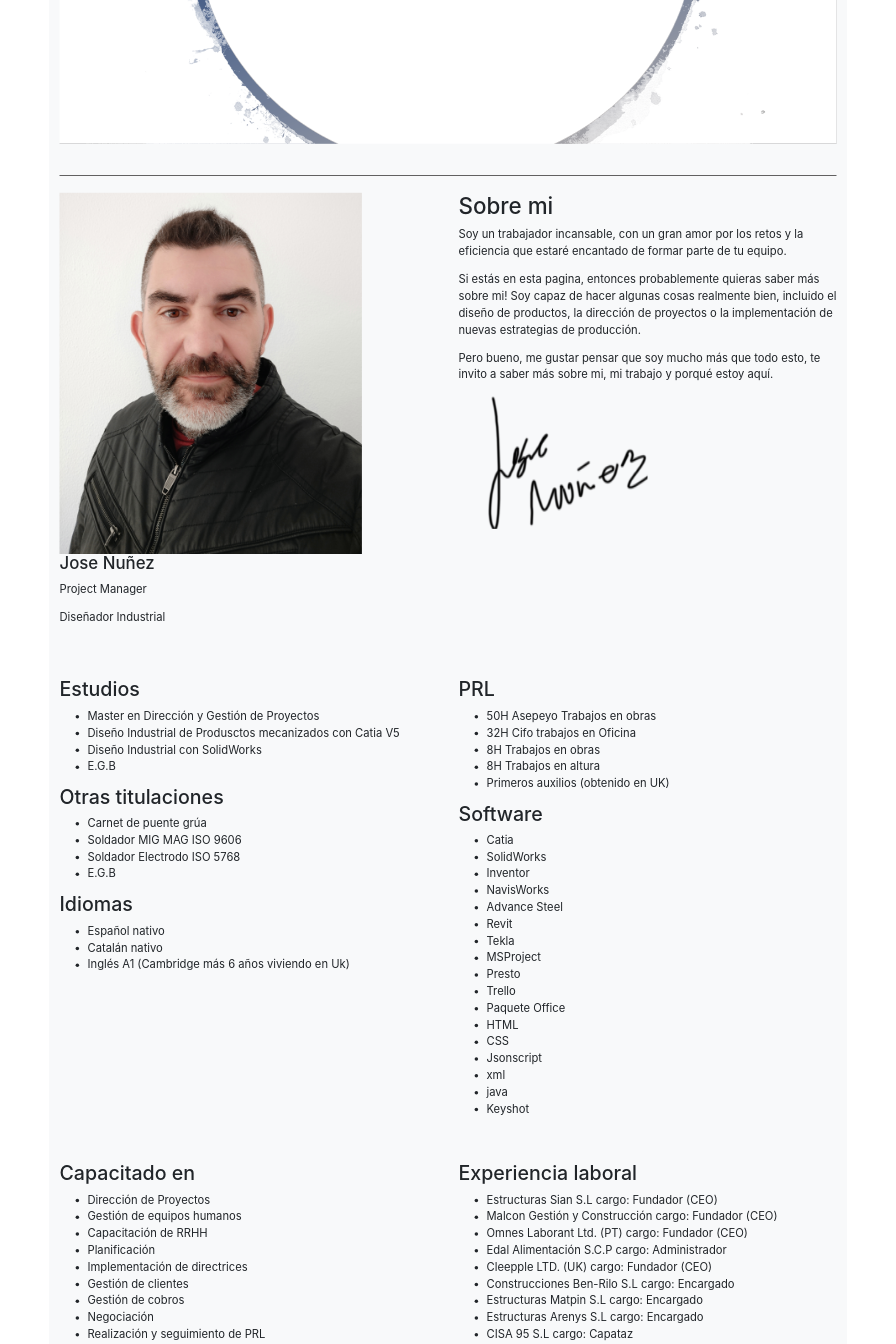
Repository: Hrotgarion1/jose
Page: index.html
The author's editor kept a copy of each file at every save. The page is drawn from the files as they stood at one save, then again after the next save.
The browser window is 1280 px wide. The pictures show the part of the page from y = 499 to 2419 px (the page is 2600 px tall before and 2595 px after), at 70% of full size.

Above is the page before, as saved 2020-09-29 21:20:18.

### index.html
<!DOCTYPE html>
<html lang="en">
<head>
    <meta charset="UTF-8">
    <meta name="viewport" content="width=device-width, user-scalable=no, initial-scale=1.0, maximum-scale=1.0, minimum-scale=1.0">
    <title>josenunez.eu</title>
    <meta name="jose p nunez" content="">
    <link rel="stylesheet" href="css/bootstrap.min.css">
    <link rel="stylesheet" href="css/estilos.css">
    <!-- Favicon -->
    <link rel="shortcut icon" href="img/LogoPuntaDeLanza.png">
</head>
<body>
    <!--Navegador responsive de la web-->
    <nav class="navbar navbar-expand-lg navbar-light bg-secondary">
        <a class="navbar-brand" href="../jose/index.html">Inicio</a>
        <button class="navbar-toggler" type="button" data-toggle="collapse" data-target="#navbarNavDropdown" aria-controls="navbarNavDropdown" aria-expanded="false" aria-label="Toggle navigation">
          <span class="navbar-toggler-icon"></span>
        </button>

        <div class="collapse navbar-collapse" id="navbarNavDropdown">
          <ul class="navbar-nav">
            <li class="nav-item">
              <a class="nav-link" href="#inicio">Inicio <span class="sr-only">(current)</span></a>
            </li>
            <li class="nav-item">
              <a class="nav-link" href="#sobre">Sobre mi <span class="sr-only">(current)</span></a>
            </li>
            <li class="nav-item">
              <a class="nav-link" href="#cv">Estudios</a>
            </li>
            <li class="nav-item">
              <a class="nav-link" href="#exp">Experiencia</a>
            </li>
            <li class="nav-item dropdown">
              <a class="nav-link dropdown-toggle" href="#" id="navbarDropdownMenuLink" role="button" data-toggle="dropdown" aria-haspopup="true" aria-expanded="false">
                Proyectos realizados
              </a>
              <div class="dropdown-menu" aria-labelledby="navbarDropdownMenuLink">
                <a class="dropdown-item" href="../jose/solid.html">Diseños con SolidWorks</a>
                <a class="dropdown-item" href="../jose/catia.html">Diseños con Catia V5</a>
                <a class="dropdown-item" href="../jose/projects.html">Proyectos realizados</a>
                <a class="dropdown-item" href="../jose/video.html">Videos</a>
              </div>
            </li>
          </ul>
        </div>
      </nav>
      <br>

      <!--Imagen principal-->
      <div class="container bg-light">
        <section id="inicio">
          <div class="row">
            <div class="col-xs-12 col-sm-12 col-md-12 col-lg-12">
              <img src="img/LogoPuntaDeLanza.png" width="100%" height="100%">
            </div>
          </div>
        </section>
        <hr style="border:15px;">
        <br>
        <div class="linea"></div>

        <!--Seccion en la que me presento-->

        <section class="main row" id="sobre">
          <article class="col-xs-12 col-sm-6 col-md-6 col-lg-6">
              <img src="img/Jose1peque.png" width="80%" height="80%">
              <br>
              <h4 class="t-name">Jose Nuñez</h4>
              <p><span class="t-role">Project Manager</span></p>
              <p><span class="t-role">Diseñador Industrial</span></p>

          </article>
          <br>

         <aside class="col-xs-12 col-sm-6 col-md-6 col-lg-6">
          <h2 class="t1-heading">Sobre mi</h2>
                <p>Soy un trabajador incansable, con un gran amor por los retos y la eficiencia que estaré encantado de formar parte de tu equipo.</p>
                <p>Si estás en esta pagina, entonces probablemente quieras saber más sobre mi! Soy capaz de hacer algunas cosas realmente bien, incluido el diseño de productos, la dirección de proyectos o la implementación de nuevas estrategias de producción.</p>
                <p>Pero bueno, me gustar pensar que soy mucho más que todo esto, te invito a saber más sobre mi, mi trabajo y porqué estoy aquí.</p>
                <img src="img/firmajose.png" width="50%" height="30%"alt="J.Nuñez">
       </aside>
        </section>
        <br><br>

        <!--Seccion en la que pongo unas listas con mis capacidades y mis estudios-->

        <section class="main row" id="cv">

          <article class="col-xs-12 col-sm-6 col-md-6 col-lg-6">
              <h3>Estudios</h3>
              <ul>
                <li>Master en Dirección y Gestión de Proyectos</li>
                <li>Diseño Industrial de Produsctos mecanizados con Catia V5</li>
                <li>Diseño Industrial con SolidWorks</li>
                <li>E.G.B</li>
              </ul>
              <h3>Otras titulaciones</h3>
              <ul>
                <li>Carnet de puente grúa</li>
                <li>Soldador MIG MAG ISO 9606</li>
                <li>Soldador Electrodo ISO 5768</li>
                <li>E.G.B</li>
              </ul>
              <h3>Idiomas</h3>
              <ul>
                <li>Español nativo</li>
                <li>Catalán nativo</li>
                <li>Inglés A1 (Cambridge más 6 años viviendo en Uk)</li>
              </ul>



          </article>
          <br>

         <aside class="col-xs-12 col-sm-6 col-md-6 col-lg-6">
          <h3>PRL</h3>
              <ul>
                <li>50H Asepeyo Trabajos en obras</li>
                <li>32H Cifo trabajos en Oficina</li>
                <li>8H Trabajos en obras</li>
                <li>8H Trabajos en altura</li>
                <li>Primeros auxilios (obtenido en UK)</li>
              </ul>
              <h3>Software</h3>
              <ul>
                <li>Catia</li>
                <li>SolidWorks</li>
                <li>Inventor</li>
                <li>NavisWorks</li>
                <li>Advance Steel</li>
                <li>Revit</li>
                <li>Tekla</li>
                <li>MSProject</li>
                <li>Presto</li>
                <li>Trello</li>
                <li>Paquete Office</li>
                <li>HTML</li>
                <li>CSS</li>
                <li>Jsonscript</li>
                <li>xml</li>
                <li>java</li>
                <li>Keyshot</li>

              </ul>
       </aside>

        </section>
        <br><br>

        <!--Seccion en la que pongo unas listas con mis capacidades y mis estudios-->

        <section class="main row" id="exp">

          <article class="col-xs-12 col-sm-6 col-md-6 col-lg-6">
            <h3>Capacitado en</h3>
            <ul>
              <li>Dirección de Proyectos</li>
              <li>Gestión de equipos humanos</li>
              <li>Capacitación de RRHH</li>
              <li>Planificación</li>
              <li>Implementación de directrices</li>
              <li>Gestión de clientes</li>
              <li>Gestión de cobros</li>
              <li>Negociación</li>
              <li>Realización y seguimiento de PRL</li>
              <li>Control de la producción</li>
              <li>Planificación de mantenimiento</li>
              <li>Desarrollo de nuevos productos</li>
              <li>Gestión de pagos</li>
              <li>Gestión de subcontratas</li>
              <li>Gestión de proveedores</li>
              <li>Planificación</li>
            </ul>

          </article>
          <br>

         <aside class="col-xs-12 col-sm-6 col-md-6 col-lg-6">

              <h3>Experiencia laboral</h3>
              <ul>
                <li>Estructuras Sian S.L cargo: Fundador (CEO)</li>
                <li>Malcon Gestión y Construcción cargo: Fundador (CEO)</li>
                <li>Omnes Laborant Ltd. (PT) cargo: Fundador (CEO)</li>
                <li>Edal Alimentación S.C.P cargo: Administrador</li>
                <li>Cleepple LTD. (UK) cargo: Fundador (CEO)</li>
                <li>Construcciones Ben-Rilo S.L cargo: Encargado</li>
                <li>Estructuras Matpin S.L cargo: Encargado</li>
                <li>Estructuras Arenys S.L cargo: Encargado</li>
                <li>CISA 95 S.L cargo: Capataz</li>
                <li>Estructuras Valls S.L cargo: Cerrajero</li>
                <li>Estructuras Avenida S.L cargo: Soldador</li>
                <li>John Reid and Sons (UK) cargo: Welder/Fabricator</li>
                <li>The Skip Factory LTD. (UK) cargo: Welder/Fabricator</li>
                <li>Farpe 97 S.L cargo: Encofrador</li>
                <li>Construcciones Famada S.L cargo: Ferralla</li>
                <li>Puertas La Llopa S.L cargo: Cerrajero</li>
              </ul>
       </aside>

        </section>



      </div>



    <script src="js/jquery-3.5.1.min.js"></script>
    <script src="js/bootstrap.min.js"></script>



</body>
</html>

### css/estilos.css
.linea {
  border-top: 1px solid rgb(34, 32, 32);
  height: 25px;
  padding: 0;
  margin: 5px auto 0 auto;
}

Loaded but not shown: css/bootstrap.min.css (library); js/jquery-3.5.1.min.js (library); js/bootstrap.min.js (library)

After the next save:
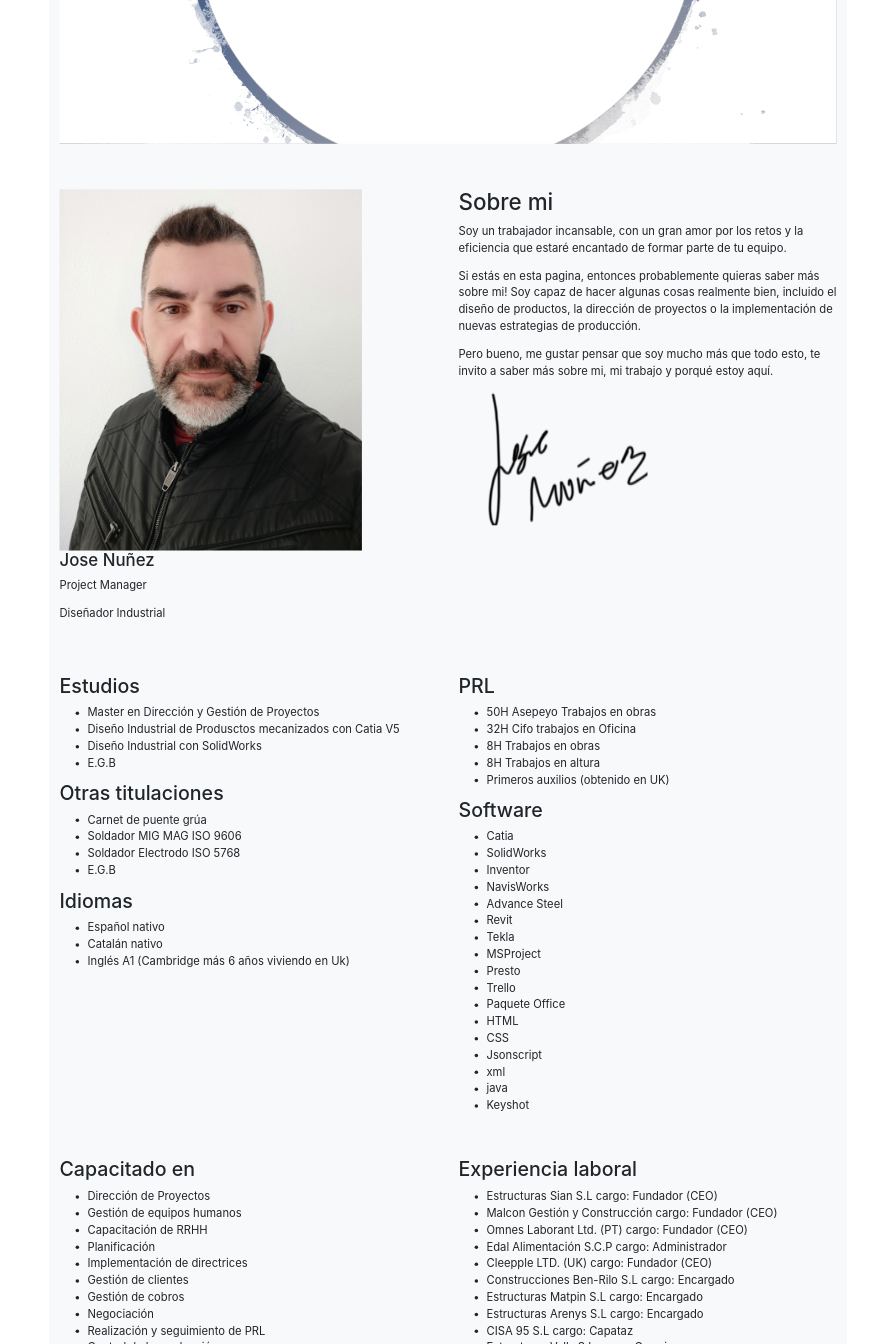
Saved 23 s later.
--- a/css/estilos.css
+++ b/css/estilos.css
@@ -1,6 +1,6 @@
 .linea {
-  border-top: 1px solid rgb(34, 32, 32);
+  border-top: 0px solid rgb(34, 32, 32);
   height: 25px;
   padding: 0;
-  margin: 5px auto 0 auto;
+  margin: 0px auto 0 auto;
 }

After the save that followed:
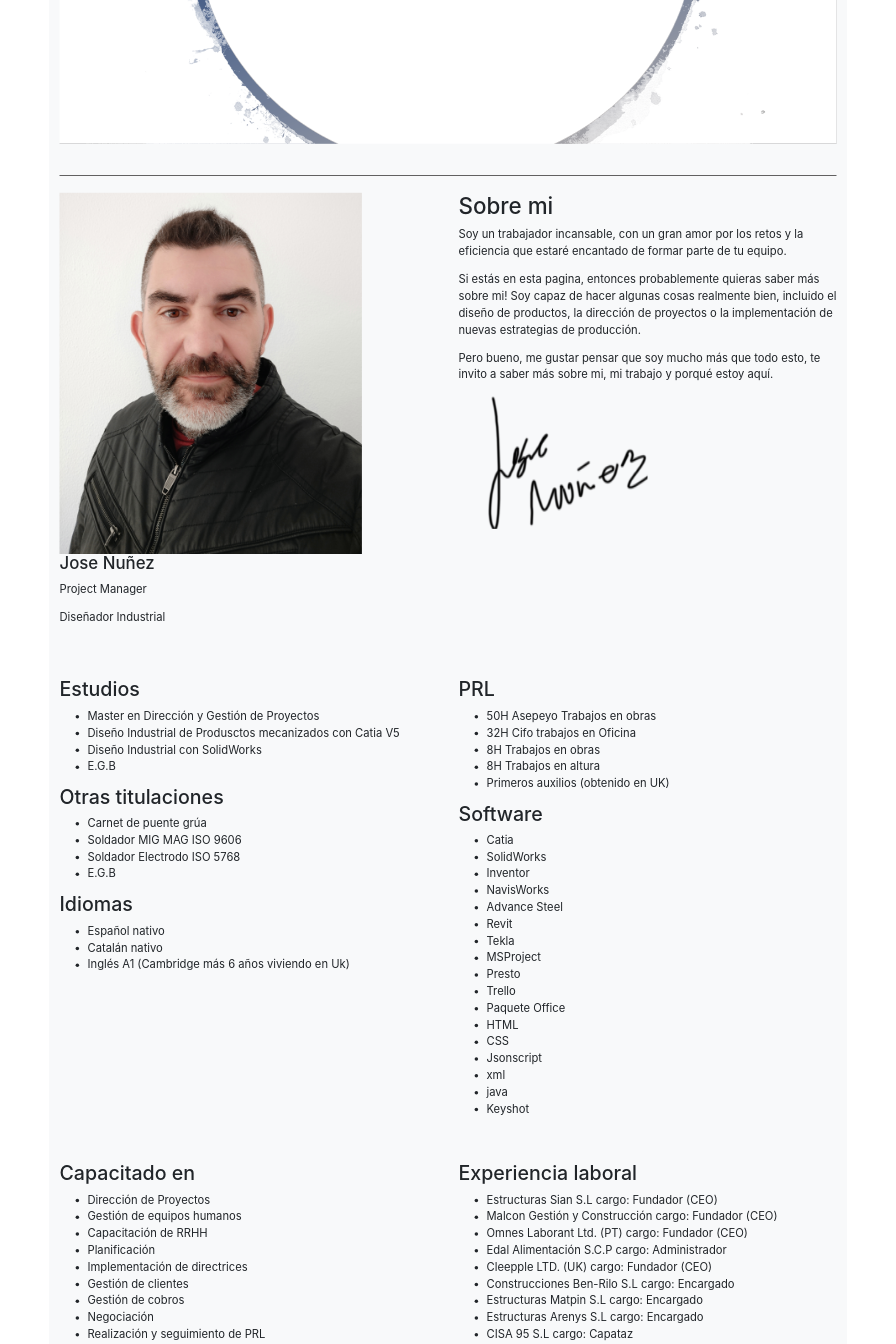
Saved 12 s later.
--- a/css/estilos.css
+++ b/css/estilos.css
@@ -1,6 +1,6 @@
 .linea {
-  border-top: 0px solid rgb(34, 32, 32);
+  border-top: 1px solid rgb(34, 32, 32);
   height: 25px;
   padding: 0;
-  margin: 0px auto 0 auto;
+  margin: 5px auto 0 auto;
 }
